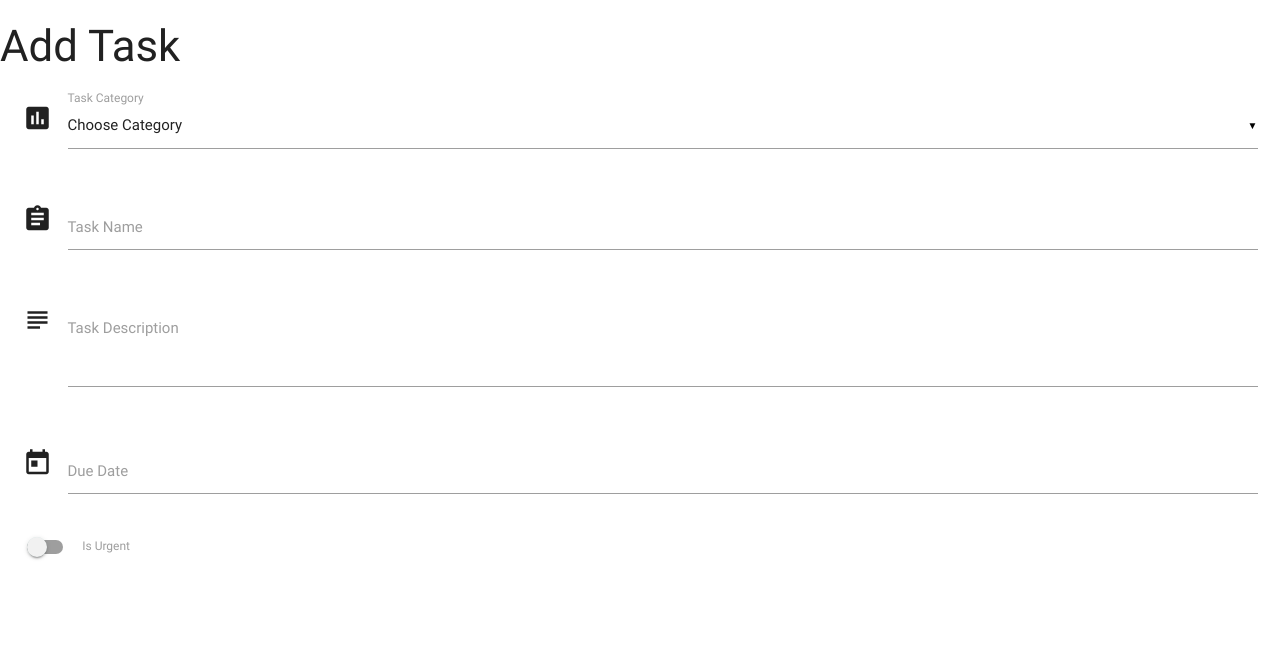
Repository: CapitainHolmes/task-manager
Page: http://localhost/add_task
The author's editor kept a record of every edit. The page is drawn from the files as they stood at one moment, then again after the next edit.
The browser window is 1280 px wide. The pictures show the whole page.
Some web libraries are served in a nearby version. The page is served by the project's application, run on Flask 3 (app.py). Queries for data that is not in the repository find no rows.

Above is the page before.

After the next edit:
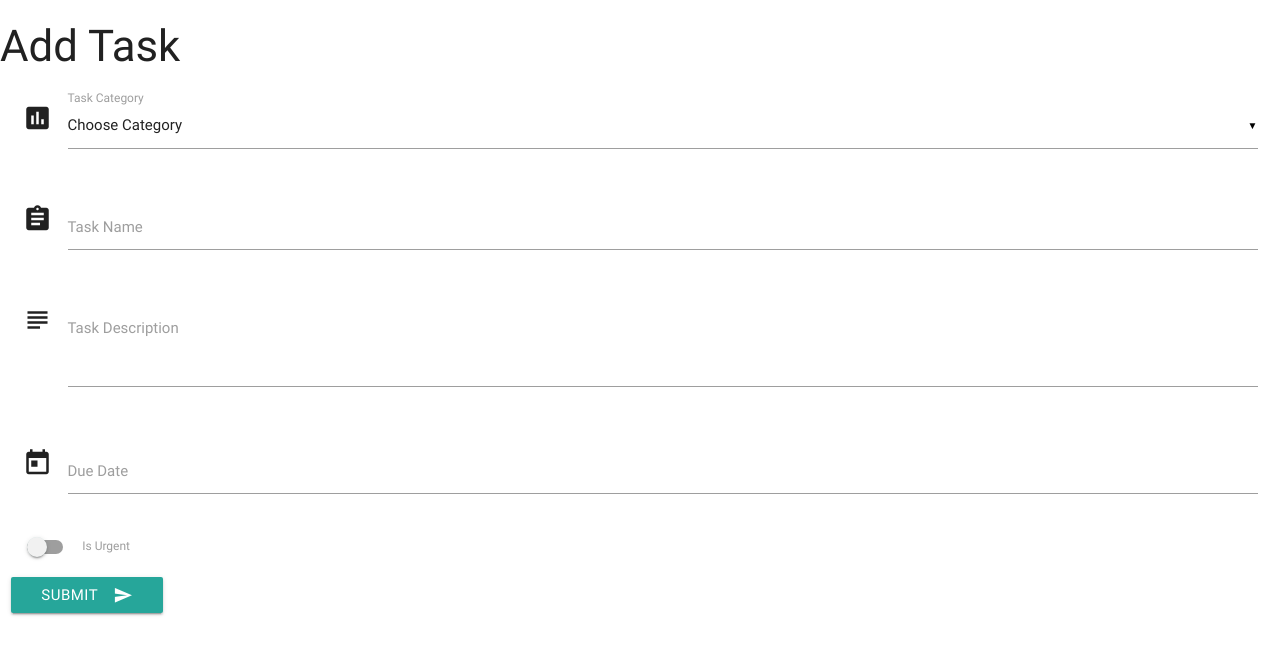
The edit:
--- a/templates/addtask.html
+++ b/templates/addtask.html
@@ -46,6 +46,11 @@
                 </label>
             </div>
         </div>
+        <div class="row">
+            <button class="btn waves-effect waves-light" type="submit" name="action">Submit
+                <i class="material-icons right">send</i>
+            </button>
+        </div>
     </form>
 </div>
 
